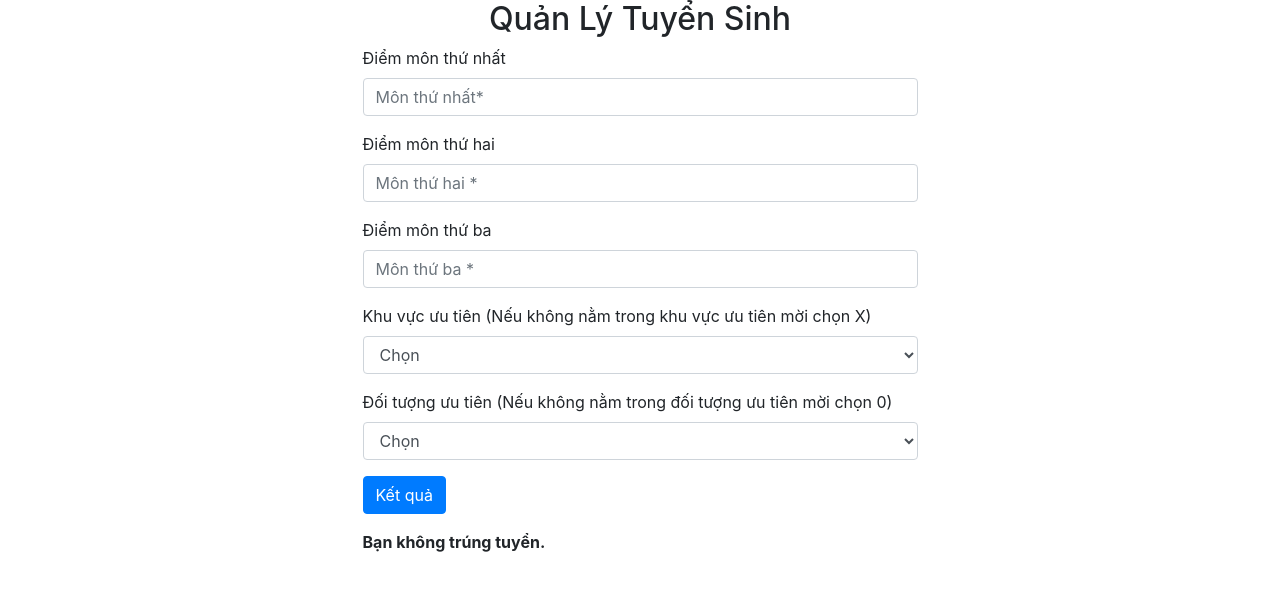
Repository: dovanthao2404/BC14_BaiTap_JS_Buoi_5_dovanthao
Page: html/bai1.html
An editor plug-in stored every save of this project. The page is shown before and after the next save, followed by the edit.
The browser window is 1280 px wide. The pictures show the whole page.

Above is the page before, as saved 2021-07-03 20:24:23.

After the next save:
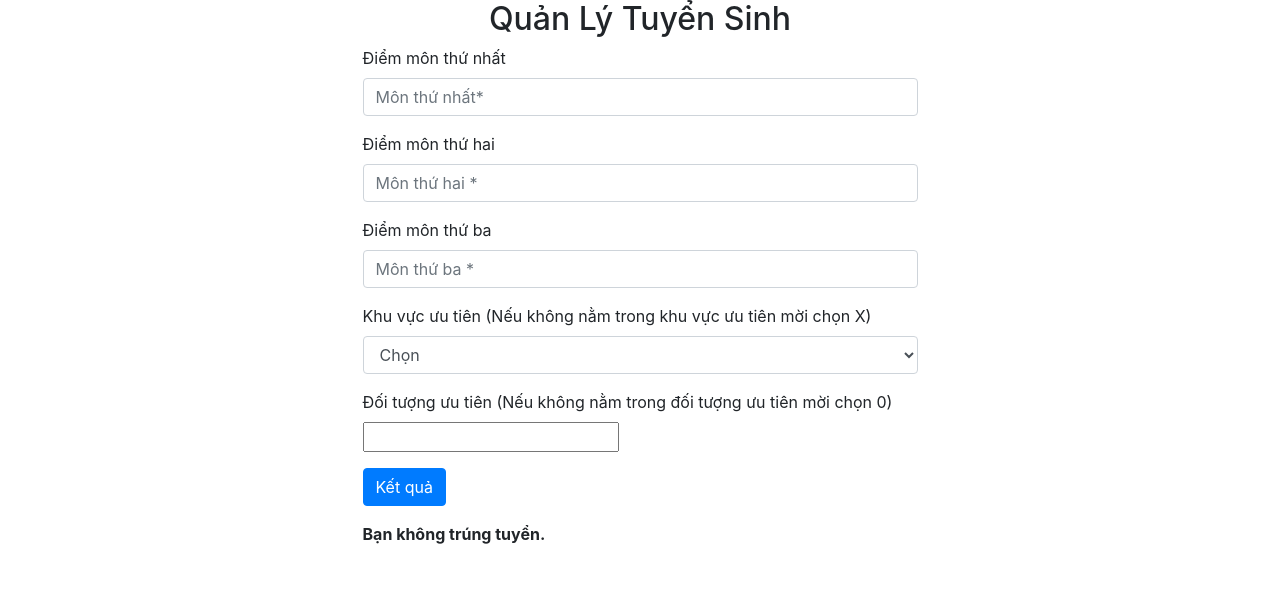
Saved 70 s later.
--- a/html/bai1.html
+++ b/html/bai1.html
@@ -48,13 +48,7 @@
         </div>
         <div class="form-group">
           <label for="areaScores">Đối tượng ưu tiên (Nếu không nằm trong đối tượng ưu tiên mời chọn 0)</label>
-          <select class="form-control" id="area">
-            <option selected>Chọn</option>
-            <option>1</option>
-            <option>2</option>
-            <option>3</option>
-            <option>0</option>
-          </select>
+        <input type="text" id="area">
           <span></span>
         </div>
         <button id="result" type="button" class="btn btn-primary">Kết quả</button>

After the 2 saves that followed:
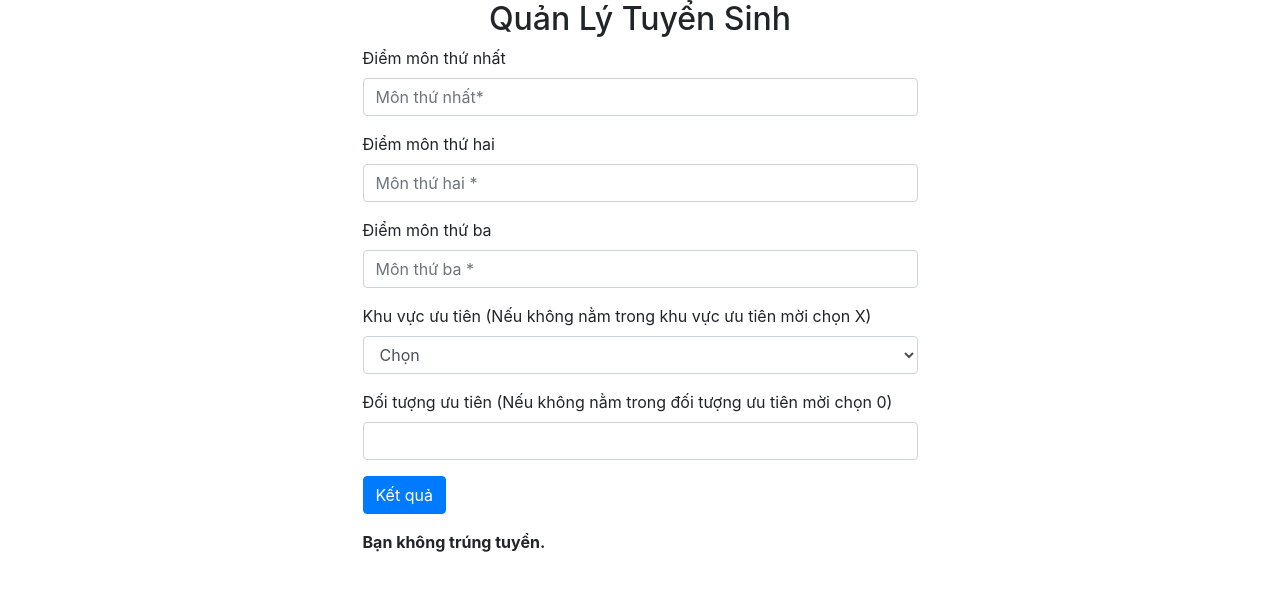
The 2 saves are shown as one change because 1 left the picture as it was.
The last was saved 24 s later.
--- a/html/bai1.html
+++ b/html/bai1.html
@@ -48,7 +48,7 @@
         </div>
         <div class="form-group">
           <label for="areaScores">Đối tượng ưu tiên (Nếu không nằm trong đối tượng ưu tiên mời chọn 0)</label>
-        <input type="text" id="area">
+          <input type="text" id="area" class="form-control">
           <span></span>
         </div>
         <button id="result" type="button" class="btn btn-primary">Kết quả</button>
